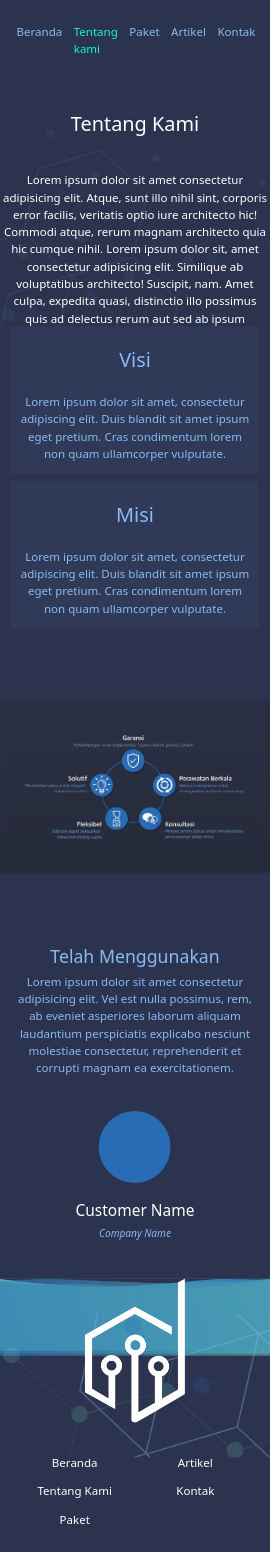
Repository: alfathard/dniztechno
Page: resources/views/about.blade.php
These files come from the project's save history. The page is drawn as it stood at one moment and after the next save; the edit follows.
The browser window is 375 px wide. The pictures show the whole page, at 72% of full size.
The page is served by the project's Laravel application, run on PHP 8.4 with Laravel 8. Other server files are loaded and not shown. The template is opened directly, without the code that normally fills it, so the values that code supplies are empty.

Above is the page before, as saved 2025-03-20 10:11:09.
Console error: ReferenceError: $ is not defined

### public/css/style.css
/* nav-link
font-family: Segoe UI;
font-style: normal;
font-weight: normal;
font-size: 25px;

color: rgba(136,187,242,1);
color: rgba(18,248,200,1); */
html, body {
    height: 100%;
    background-color:#2c334f;
  }
.navbar-nav{
    margin-right: 50px;
    margin-left:auto;
    margin-top: 25px;
}
.nav-link{
color: rgba(136,187,242,1);
}
.nav-link.active {
    color: rgba(18,248,200,1);
  }

.ss-heading{
    background-color:#2c334f;
    height: 100%;
    padding-top:70px;
    position: relative;
}
.ss-heading-warp{
    position: relative;
    height: 100%;
    overflow: hidden;
}
.ss-heading:before{
    height: 100%;
    content:" ";
    opacity: 0.5;
    position: absolute;
    width: 100%;
    margin-bottom: 0px;
    background-image: url('/assets/images/heading/Ornament_2x_yb@2x.png'),url('/assets/images/heading/Ornament_2x@2x.png');
    background-size: 700px auto;
    background-repeat: no-repeat,no-repeat;
    background-position: -135px 0px,765px 180px;
}
.ss-heading-data{
    margin-top: 60px;
    margin-left: 20px;
    margin-right: 20px;
}
.ss-heading-logo{
    background-image: url('/assets/images/logos/Logo_Main_2x@2x.png');
    background-repeat: no-repeat;
    height: 330px;
    width: 100%; /* auto */
    background-position: right;
    margin-right: 60px;
    background-size:auto 330px;
}
.ss-heading-title{
    color: rgba(136,187,242,1);
    margin-bottom:50px;
    margin-top: auto;
    text-align: left;
    margin-right: auto;

}

.ss-heading-title-focus{
    color: rgba(18,248,200,1);
}
.ss-about-us{
   background-color:  #303958 ;
   text-align: center;
   color: white;
   height: 100%;
}
.ss-about-us .title{
    padding-top:100px;
}
.ss-about-us .content{
    max-width: 800px;
    height: 100%;
    margin:37px auto 0px auto;
    padding: 0 15px;
}
.ss-about-us .content .btn-more {
    padding-top: 0px;
    margin-top:0px;
    border: 1px solid #88BBF299;
    border-radius: 5px;
    text-align: center;
    font: normal normal normal 20px/27px Segoe UI;
    letter-spacing: 0px;
    color: #88BBF2;
}
.benefits{
    background: #303958 0% 0% no-repeat padding-box;
    opacity: 1;
    height: 100%;
    position: relative;
}
.benefits-img{
    background-image: url('/assets/images/home/benefit.png');
    background-repeat: no-repeat;
    height: 100%;
    width: 100%;
    background-position: center left 53%;
    background-size:auto 500px;
}
.ss-paket{
    margin-top: 60px;
    text-align: center;
}
.ss-paket .ss-top{
    padding-top:70px;
    margin-left: auto;
    margin-right: auto;
    max-width: 600px;
    letter-spacing: 0px;
    color: #88BBF2;
}
.ss-paket .ss-body .row{
    margin-right: 3px;
    /* margin-left:35px; */
}

/* [1] The container */
.ss-paket-card-zoom {
    height: 500px;
    width: 240px; /* [1.1] Set it as per your need */
    overflow: hidden;
    padding-top: 30px;
    border-radius: 30px; /* [1.2] Hide the overflowing of child elements */
  }

  /* [2] Transition property for smooth transformation of images */
  .ss-paket-card-zoom div{
    transition: transform .5s ease;
  }

  /* [3] Finally, transforming the image when container gets hovered */
  .ss-paket-card-zoom:hover div{
    transform: scale(1.05);
  }

.ss-paket-card{
    height: 450px;
    width: 220px;
    background: transparent linear-gradient(180deg, #2F3959 0%, #201E1E 100%) 0% 0% no-repeat padding-box;
    box-shadow: 15px 20px 10px #100F0F29;
    border-radius: 30px;
}
.ss-paket-card .ss-image{
    margin: 0px auto 0px auto;
    background-position: center;
    /* background-image: url('/assets/images/paket/SlimProfile_2x@2x.png'); */
    height: 50%;
    width: auto;
    background-repeat: no-repeat;
    background-size: 150px;
    opacity: 1;
}
.ss-paket-card .card-body .card-title{
    color: white;
}
.ss-paket-card .card-body .card-text{
    color: #88BBF2;
}
.btn-more {
    padding-top: 0px;
    margin-top:0px;
    border: 1px solid #88BBF299;
    border-radius: 5px;
    text-align: center;
    font: normal normal normal 20px/27px Segoe UI;
    letter-spacing: 0px;
    color: #88BBF2;
}
.ss-featuring{
    margin-top: 60px;
    text-align: center;
    height: 100%;
}
.ss-featuring .ss-top{
    padding-top:100px;
    margin-left: auto;
    margin-right: auto;
    max-width: 600px;
    letter-spacing: 0px;
    color: #88BBF2;
}
.ss-featuring .ss-body{
    margin-right: 35px;
    margin-left:35px;
}
.ss-featuring .ss-carousel {
    padding-top:30px;
    padding-bottom:50px;
}

/* .ss-featuring .ss-featuring-card{
    height: 100%;
    width: 500px;
    background: #FFFFFF 0% 0% no-repeat padding-box;
    border: 1px solid #707070;
    box-shadow: 15px 20px 10px #100F0F29;
    border-radius: 10px;
    opacity: 1;
} */
.ss-featuring .ss-featuring-card{
    height: 100%;
    width: 500px;
    background: #2c334f 0% 0% no-repeat padding-box;
    /* border: 1px solid #707070; */
    /* box-shadow: 15px 20px 10px #100F0F29; */
    /* border-radius: 10px; */
    opacity: 1;
}
/* .image-cropper {
    width: 100px;
    height: 100px;
    position: relative;
    overflow: hidden;
    border-radius: 50%;
} */
.ss-featuring-card .ss-circle{
    height: 100px;
    width: 100px;
    bottom: 10px;
    justify-content: center;
    background: #FFFFFF 0% 0% no-repeat padding-box;
    border-radius: 50%;
    background-size: 100px;
    opacity: 1;
}
.ss-featuring-card .card-body{
    text-align: center;
    /* margin: -114px auto auto 120px; */
}
.ss-featuring-card .card-body .card-title{
    color: #FFFFFF;
}
.ss-featuring-card .card-body .card-subtitle{
    color: #12F8C8;
    font-style: italic;
}
.ss-featuring-card .card-body .card-text{
    color: #FFFFFF;
    height: 80px;
    padding-top: 10px;
}
/* .ss-carousel .carousel-item{
    left: 132px;
    right: 125px;
} */
.carousel-indicators{
    bottom: -50px;
}
.carousel-indicators .indbutton{
    background-color : #2D3451;
    border: 1px solid #12F8C8;
    border-radius: 9px;
    opacity: 1;
    padding: 5px 30px;
}
.carousel-indicators .active{
    background-color: #12F8C8;
}
#ss-footer{
    opacity: 1;
    width: 100%;
    height: 250px;
    position: relative;
    /* background: transparent linear-gradient(90deg, #64C4B0 0%, #286CB5 100%) 0% 0% no-repeat padding-box; */
}
.ss-footer-warp{
    position: relative;
    height: 250px;
}
.ss-footer:before{
    height: 200px;
    content:" ";
    opacity: 0.7;
    position: absolute;
    width: 100%;
    margin-bottom: 0px;
    margin-top: 48px;
    /* background-color: transparent linear-gradient(270deg, #64C4B0 0%, #286CB5 100%) 0% 0% no-repeat padding-box; */
    background-image: url('/assets/images/Ornament_2x_do.png'),url('/assets/images/Ornament_2x_do@2x.png');
    background-size: 1024px auto;
    background-repeat: no-repeat,no-repeat;
    background-position: left;
}
.ss-footer-data{
    margin-top: 30px;
    margin-left: 20px;
    margin-right: 20px;
}
.ss-footer .Bottom {
    position: absolute;
    width: 100%;
    height: 100%;
    left: 0px;
    z-index: -1;
    overflow: hidden;
}
.ss-footer .Bottom_BG {
    position: absolute;
    width: 100%;
    height: 100%;
    left: 0px;
    top: 0px;
    z-index: -1;
    overflow: hidden;
}
.ss-footer .Path_2_dl {
    background-image: url("data:[embedded picture, 927 characters]");
    opacity: 0.39;
    /* top: 15.91px; */
    z-index: -1;
    position: absolute;
    top: 0px;
    transform: matrix(1,0,0,1,0,0);
}
.ss-footer .Path_3_dn {
    background-image: url("data:[embedded picture, 1021 characters]");
    opacity: 0.39;
    z-index: -1;
    position: absolute;
    transform: matrix(1,0,0,1,0,0);
}
.ss-footer .Path_1_dj {
    background-image: url("data:[embedded picture, 907 characters]");
    /* top: 34.946px; */
    top: 0px;
    z-index: -1;
    position: absolute;
    transform: matrix(1,0,0,1,0,0);
}
.ss-footer .Path_2_dl {
    background-image: url("data:[embedded picture, 927 characters]");
    opacity: 0.39;
    /* top: 15.91px; */
    top: 0px;
    z-index: -1;
    position: absolute;
    transform: matrix(1,0,0,1,0,0);
}
.ss-footer .Path_3_dn {
    background-image: url("data:[embedded picture, 1021 characters]");
    opacity: 0.39;
    z-index: -1;
    position: absolute;
    transform: matrix(1,0,0,1,0,0);
}
#Ornament_2x_do {
    position: relative;
    width: 100%;
    height: 100%;
    left: 0px;
    /* top: 34.946px; */
    top: 0px;
    overflow: hidden;
}
.ss-footer-logo{
    background-image: url('/assets/images/footer/Logo_putih@2x.png');
    background-repeat: no-repeat;
    height: 200px;
    width: auto;
    background-position: right;
    margin-top: 30px;
    margin-right: 60px;
    background-size:auto 200px;
    position: relative;
    z-index: 1;
    display: block;
}
.ss-footer-title{
    color: rgba(136,187,242,1);
    margin-bottom:20px;
    margin-top: auto;
    text-align: left;
    margin-right: auto;
    position: relative;
    z-index: 1;
}
.ss-footer-title-focus{
    color: rgba(18,248,200,1);
    position: relative;
    z-index: 1;
}
.ss-footer-link{
    height: 50px;
    width: auto;
    background-position: left;
    margin-right: 60px;
    background-size:auto 50px;
    position: relative;
    z-index: 1;
}
.ss-footer-link-warp{
    margin-top: 70px;
    position: relative;
    z-index: 1;
}
.nav-footer-link{
    color: #FFFFFF;
    position: relative;
    z-index: 1;
    }
.ss-footer-img {
    width: 100%;
    height: 100%;
    object-fit: contain;
  }

/* CSS for About Us page */

.about-us{
    background-color:#2c334f;
    height: 100%;
    padding-top:70px;
    position: relative;
}
.about-us-warp{
    position: relative;
    height: 100%;
    overflow: hidden;
}
.about-us:before{
    height: 100%;
    content:" ";
    opacity: 0.5;
    position: absolute;
    width: 100%;
    margin-bottom: 0px;
    background-image: url('/assets/images/heading/Ornament_2x_yb@2x.png'),url('/assets/images/heading/Ornament_2x@2x.png');
    background-size: 700px auto;
    background-repeat: no-repeat,no-repeat;
    background-position: -135px 0px,765px 180px;
}
.about-us-data{
    margin-left: 20px;
    margin-right: 20px;
}
.about-us .title{
    color: #FFFFFF;
    margin-bottom:50px;
    margin-top: auto;
    text-align: center;
    font-weight: bold;
    margin-right: auto;
}
.about-us .content{
    color: #FFFFFF;
    font-size: 16px;
    position: relative;
    text-align: center;
    max-width: 800px;
    height: 200px;
    margin:auto auto 0px auto;
}
.visimisi{
    background:#2c334f;
    text-align: center;
    height: 100%;
    position: relative;
}
.visimisi-box{
    background: #303958;
    opacity: 1;
    text-align: center;
    color: #88BBF2;
    position: relative;
    /* height: 300px; */
    height: fit-content;
    width: 420px;
    margin:-135px auto 0px auto;
 }
 .visimisi-box .title{
    color: #88BBF2;
    margin-bottom:30px;
    margin-top: 30px;
    text-align: center;
    font-weight: bold;
    margin-right: auto;
}
.benefit{
    background: linear-gradient(180deg, rgba(41,46,66,1) 0%, rgba(39,44,60,1) 100%);
    opacity: 1;
    height: 100%;
    position: relative;
    margin: 100px auto auto auto;
}
.benefit-img{
    background-image: url('/assets/images/about/benefit.png');
    background-repeat: no-repeat;
    height: 100%;
    width: 100%;
    background-position: center;
    margin-top: 25px;
    background-size:auto 500px;
    margin: auto;
}

.testimoni-item .circle{
    height: 100px;
    width: 100px;
    margin: 25px auto auto auto;
    justify-content: center;
    /* background-position: center; */
    background: #286CB5 0% 0% no-repeat padding-box;
    border-radius: 50%;
    background-size: 100px;
    opacity: 1;

    /* height: 100px;
    width: 100px;
    bottom: 10px;
    justify-content: center;
    background: #FFFFFF 0% 0% no-repeat padding-box;
    border-radius: 50%;
    background-size: 100px;
    opacity: 1;  */
}
.testimoni-item .title{
    color: #FFFFFF;
    text-align: center;
    margin: 25px auto auto auto;
}
.testimoni-item .subtitle{
    color: #88BBF2;
    font-style: italic;
    font-size: 14px;
    text-align: center;
}

/* #Close {
    position: absolute;
    width: 70px;
    height: 70px;
    left: 1565px;
    top: 1999px;
    overflow: visible;
    --web-animation: fadein 0.3s ease-out;
    --web-action-type: page;
    --web-action-target: About_Us.html;
    cursor: pointer;
}
.Ellipse_55 {
    position: absolute;
    overflow: visible;
    width: 70px;
    height: 70px;
    left: 0px;
    top: 0px;
}
#X {
    position: absolute;
    left: 22px;
    top: 4px;
    overflow: visible;
    width: 27px;
    white-space: nowrap;
    text-align: center;
    font-family: Segoe UI;
    font-style: normal;
    font-weight: bold;
    font-size: 42px;
    color: rgba(48,57,88,1);
}
#Fade {
    opacity: 0.66;
}
.Fade {
    position: absolute;
    overflow: visible;
    width: 1920px;
    height: 2909px;
    left: 0px;
    top: 0px;
}
#Happy_Costumer_kr {
    position: absolute;
    width: 1210px;
    height: 529px;
    left: 355px;
    top: 2061px;
    overflow: visible;
}
.Rectangle_3 {
    position: absolute;
    overflow: visible;
    width: 1210px;
    height: 529px;
    left: 0px;
    top: 0px;
} */
.modal-body{
    text-align: left;
    margin: 0px auto auto 120px;

}
.modal-body .circle{
    height: 100px;
    width: 100px;
    /* margin-left: 3px;
    margin-top: 3px; */
    margin: 0px auto auto -100px;
    background-position: left;
    background: #286CB5 0% 0% no-repeat padding-box;
    border-radius: 50%;
    background-size: 100px;
    opacity: 1;
}
.modal-body .title{
    color: #286CB5;
    text-align: left;
    margin: -100px auto auto 20px;
}
.modal-body .subtitle{
    color: #777575;
    text-align: left;
    font-style: italic;
    margin: 0px auto auto 20px;
}
.modal-body .text{
    color: #286CB5;
    margin: 0px auto auto 20px;
}

/* CSS for Contact Us page */

.contactus{
    background: url("data:[embedded picture, 343 characters]");
    height: 100%;
    padding-top:70px;
    position: relative;
}
.contactus-warp{
    position: relative;
    height: 100%;
}
.contactus:before{
    height: 100%;
    content:" ";
    opacity: 0.7;
    position: absolute;
    width: 100%;
    margin-bottom: 0px;
    background-image: url('/assets/images/heading/Ornament_2x_yb@2x.png'),url('/assets/images/heading/Ornament_2x@2x.png');
    background-size: 700px auto;
    background-repeat: no-repeat,no-repeat;
    background-position: -60px -60px,765px 150px;
    /* background-position: center top; */
}
.contactus-title{
    padding-top:70px;
    text-align: left;
    font: normal normal bold 50px/80px Segoe UI;
    letter-spacing: 0px;
    color: #FFFFFF;
    opacity: 1;
}
.contactus-content{
    text-align: left;
    font: normal normal normal 30px/42px Segoe UI;
    color: #88BBF2;
    opacity: 1;
}
.contactus-detail{
    text-align: left;
    font: normal normal 300 20px/40px Segoe UI;
    letter-spacing: 0px;
    color: #FFFFFF;
    opacity: 1;
}
.contactus-img {
    width: 100%;
    height: 100%;
    object-fit: contain;
  }
.contactus-box{
    background: #303958 0% 100% no-repeat padding-box;
    opacity: 1;
    height: 90%;
    margin: 70px auto auto 20px;
    position: relative;
}
.contactus-box-title{
    text-align: center;
    font: normal normal bold 35px/67px Segoe UI;
    letter-spacing: 0px;
    color: #88BBF2;
    opacity: 1;
    margin-top: 15px;
}
.contactus-box-subtitle{
    text-align: center;
    font: normal normal normal 15px/20px Segoe UI;
    letter-spacing: 0px;
    color: #88BBF2;
    opacity: 1;
    margin-top: 10px;
    margin-bottom: 15px;
}
.contactus-input-box{
    background: #303958;
    border: 3px solid #88BBF2;
    border-radius: 7px;
    opacity: 1;
    width: 85%;
    /* position: absolute; */
    /* margin: 25px auto auto 30px; */
    margin: 5px auto;
    display: block;
}
.contactus-button{
    background: #88BBF2 0% 0% no-repeat padding-box;
    border-radius: 6px;
    opacity: 1;
    width: 92%;
    text-align: center;
    font: normal normal 300 15px/27px Segoe UI;
    letter-spacing: 0px;
    color: #303958;
    margin: 5px auto;
    display: block;
}

/* CSS for Article List page */
.article{
    height: 100%;
    padding-top:70px;
    position: relative;
}
.article-warp{
    position: relative;
    height: 100%;
}
.article-data{
    margin-left: 20px;
    margin-right: 20px;
}
.article-list{
    /* height: 100%; */
    position: relative;
    margin: -400px auto 0px auto;
}

.article-data .title{
    color: #FFFFFF;
    margin-top: auto;
    text-align: center;
    font-weight: bold;
    margin-bottom: 10px;
}

.article-title{
    color: #FFFFFF;
    margin-top: auto;
    text-align: left;
    font-weight: bold;
    margin-right: auto;
}

.article-date{
    color: #FFFFFF;
    font: normal normal 300 12px/20px Segoe UI;
    margin-top: auto;
    text-align: left;
    margin-right: auto;
}

.tm-info-box {
    max-width: 340px;
    background: #303958 0% 100% no-repeat padding-box;
    opacity: 1;
    height: 100%;
    /* margin: 70px auto auto 20px; */
    margin:35px auto 0px auto;
    position: relative;
}

.img-center {
    display: block;
    margin-left: -12px;
    margin-right: auto;
    margin-bottom: 10px;
    height: 250px;
    width: 340px;
  }

.tm-space-even {
    justify-content: space-between;
    margin:-450px auto 0px auto;
    height: 100%;
    max-width: 100%;
    /* position: absolute; */
}

.article-p .p {
    color: #88BBF2;
    overflow: hidden;
    font: normal normal 300 16px/24px Segoe UI;
    height: 50px;
    line-height: 16px;
    overflow: hidden;
    position: relative;
    word-wrap: break-word;
  }

.article-p .p:after {
    content: "";
    position :absolute;
    right: 0;
    bottom: 2px;
}

.tm-info-box-a{
    color: #88BBF2;
    text-align: right;
    display: block;
}

.pagination,
.jsgrid .jsgrid-pager {
    display: flex;
    padding-left: 0;
    list-style: none;
    border-radius: 0.25rem
}

.page-link {
    color: #88BBF2
}

.pagination.pagination-rounded-flat .page-item {
    margin: 0 .25rem
}

.pagination-success .page-item.active .page-link,
a {
    background: #88BBF2;
    border-color: #88BBF2;
    border-width: 2px;
}

.pagination.pagination-rounded-flat .page-item .page-link,
a {
    border-color: #88BBF2;
    border-radius: 50px;
    border-width: 2px;
    background: transparent;
}




/* CSS for Article Detail page */
.tm-info-box-b{
    color: #88BBF2;
    font-size: 20px;
    text-align: left;
    display: block;
    margin-bottom: 10px;
}

.textarea .p {
    color: #FFFFFF;
    overflow: hidden;
    font: normal normal 300 20px/24px Segoe UI;
    /* height: 50px; */
    /* line-height: 16px;  */
    overflow: hidden;
    position: relative;
    padding-bottom: 30px;
}

.img-detail {
    display: block;
    margin: auto;
    position: relative;
    padding-bottom: 30px;
    height: 100%;
    width: 800px;
    object-fit: cover;
    object-position: center;
}

.back-to-top-link {
    text-decoration: underline;
    font-size: 20px;
    font-family: 'Segoe UI';
    text-align: center;
    color: #88BBF2;
    position: sticky;
}

.back-to-top-wrapper {
    position: relative;
    padding-bottom: 30px;
    text-align: center;
}

/* CSS for Product page */
.our-product{
    background-color:#2c334f;
    height: 100%;
    padding-top:70px;
    position: relative;
}
.our-product-warp{
    position: relative;
    height: 100%;
    overflow: hidden;
}
.our-product:before{
    height: 100%;
    content:" ";
    opacity: 0.5;
    position: absolute;
    width: 100%;
    margin-bottom: 0px;
    background-image: url('/assets/images/heading/Ornament_2x_yb@2x.png'),url('/assets/images/heading/Ornament_2x@2x.png');
    background-size: 700px auto;
    background-repeat: no-repeat,no-repeat;
    background-position: -135px 0px,765px 180px;
}
.our-product-data{
    margin-left: 20px;
    margin-right: 20px;
}
.our-product .title{
    color: #FFFFFF;
    margin-bottom:50px;
    margin-top: auto;
    text-align: center;
    font-weight: bold;
    margin-right: auto;
}
.our-product .content{
    color: #FFFFFF;
    font-size: 16px;
    position: relative;
    text-align: center;
    width: 800px;
    height: 200px;
    margin:auto auto 0px auto;
}

.ss-product-card-zoom {
    height: auto;
    width: 240px;
    padding-top: 30px;
}
/* [1] The container for product zoom & hover*/
/* .ss-product-card-zoom {
    height: auto;
    width: 240px;
    padding-top: 30px;
} */

  /* [2] Transition property for smooth transformation of images */
/* .ss-product-card-zoom div{
    transition: transform .5s ease;
    opacity: 0.5;
    transform: scale(0.85);
  }  */

  /* [3] Finally, transforming the image when container gets hovered */
/* .ss-product-card-zoom:hover div{
    transform: scale(1.1);
    opacity: 1;
} */

.ss-product-card-default{
    height: 450px;
    width: 240px;
    background: transparent;
    position: relative;
}

.ss-product-card{
    height: 400px;
    width: 240px;
    /* background: transparent; */
    position: relative;
    /* box-shadow: 15px 20px 10px #100F0F29; */
    /* border-radius: 30px; */
}

.ss-product-card-na{
    height: 380px;
    width: 220px;
    /* background: transparent; */
    position: relative;
    transition: transform .5s ease;
    opacity: 0.5;
    transform: scale(0.85);
    /* box-shadow: 15px 20px 10px #100F0F29; */
    /* border-radius: 30px; */
}

.ss-product-card .ss-image{
    margin: 0px auto 0px auto;
    background-position: center;
    /* background-image: url('/assets/images/paket/SlimProfile_2x@2x.png'); */
    height: 50%;
    width: auto;
    background-repeat: no-repeat;
    background-size: 150px;
    opacity: 1;
}

.ss-product-card-na .ss-image{
    margin: 0px auto 0px auto;
    background-position: center;
    /* background-image: url('/assets/images/paket/SlimProfile_2x@2x.png'); */
    height: 50%;
    width: auto;
    background-repeat: no-repeat;
    background-size: 150px;
    transition: transform .5s ease;
    opacity: 0.5;
    transform: scale(0.85);
}
.ss-product-card .card-body .card-title{
    font-size: 36px;
    text-align: center;
    color: white;
}
.ss-product-card .card-body .card-text{
    color: #88BBF2;
    text-align: center;
}
.ss-product-card-na .card-body .card-title{
    font-size: 36px;
    text-align: center;
    color: white;
}
.ss-product-card-na .card-body .card-text{
    color: #88BBF2;
    text-align: center;
}
/* .used {
    visibility: hidden;
    opacity: 0;
    transition: visibility 0s, opacity 1s linear;
}
.ss-product-card-zoom:hover + .used {
    color:white;
    text-align: center;
    visibility: visible;
    opacity: 1;
} */
.used {
    color:white;
    text-align: center;
    visibility: visible;
    opacity: 1;
}
.used .title{
    color: #88BBF2;
    text-align: center;
    font-weight: bold;
    font-size: 20px;
}
.used-item{
    position: relative;
    padding-bottom: 30px;
}
.used-item .circle{
    height: 75px;
    width: 75px;
    margin: 25px auto auto auto;
    justify-content: center;
    /* background-position: center; */
    /* background: #286CB5 0% 0% no-repeat padding-box; */
    background: transparent;
    border-radius: 50%;
    background-size: 75px;
    opacity: 1;
}
.used-item .text{
    color: #88BBF2;
    text-align: center;
    font-style: italic;
    margin-top: 10px;
}

.feature{
    background-color:#303958;
    height: 100%;
    padding-top:30px;
    padding-bottom:30px;
    position: relative;
}
.feature .title{
    color: #88BBF2;
    text-align: center;
    font-weight: bold;
    font-size: 36px;
}
.feature-item{
    position: relative;
    padding-left: 100px;
}
.feature-item .text{
    color: #12F8C8;
    text-align: left center;
    font-size: 24px;
    margin-left: 10px;
}
.feature-item .check{
    color: #12F8C8;
    text-align: left center;
    font-size: 24px;
}
.contactuspaket .content{
    max-width: 700px;
    height: 100%;
    position: relative;
    margin:70px auto auto auto;
    text-align: center;
}

.contactuspaket .content .title{
    color: #88BBF2;
    text-align: center;
    font-size: 24px;
    font-style: italic;
}
.contactuspaket .content .btn-more{
    width: 200px;
    height: auto;
    background-color: #88BBF2;
    border-radius: 5px;
    text-align: center center;
    font: normal normal normal 24px/36px Segoe UI;
    color: #303958;
    font-style: italic;
}


@media screen and (max-width: 480px) {
.row{

}

.ss-heading-logo{
    background-position : center
}

.ss-heading-title{
    text-align: center;
    margin-top: 10px;
}

.navbar{
    padding : 1.5rem 15px;
}

.navbar .navbar-nav{
    margin: auto
}

.benefits{
    padding: 0 15px;
    height: 30%;
}

.benefits-img{
    background-size: 100%;
    margin: auto;
}

.ss-top{
    padding: 70px 15px 0;
}

.ss-footer-logo{
    margin: auto;
    background-position: center;
}

.ss-footer-title .container{
    padding-top: 15px;
}

.ss-footer-title .container table{
    margin: auto;
}

.ss-footer-link-warp .col{
    text-align: center;
}

.ss-footer-link-warp {
    margin-bottom: 25px;
    margin-top: 0;
}

/* About */
.benefit{
    padding: 0 15px;
    height: 30%;
}

.about-us-data{
    margin: 0;
    padding: 15px;
}

.benefit-img{
    background-size: 100%;
    margin: auto;
}

.visimisi-box{
    margin: 0;
    width: 100%;
}

.ss-heading-warp{
    height: auto;
}

.ss-featuring{
    margin-top: 0;
}
}

Loaded but not shown: app/Http/Controllers/Auth/ConfirmPasswordController.php (common file); app/Http/Controllers/Controller.php (common file); public/assets/plugins/bootstrap/css/bootstrap.css (library); public/assets/plugins/fontawesome-free/css/all.min.css (library); resources/views/about.blade.php (288 lines, source omitted); routes/web.php (99 lines, source omitted)

After the next save:
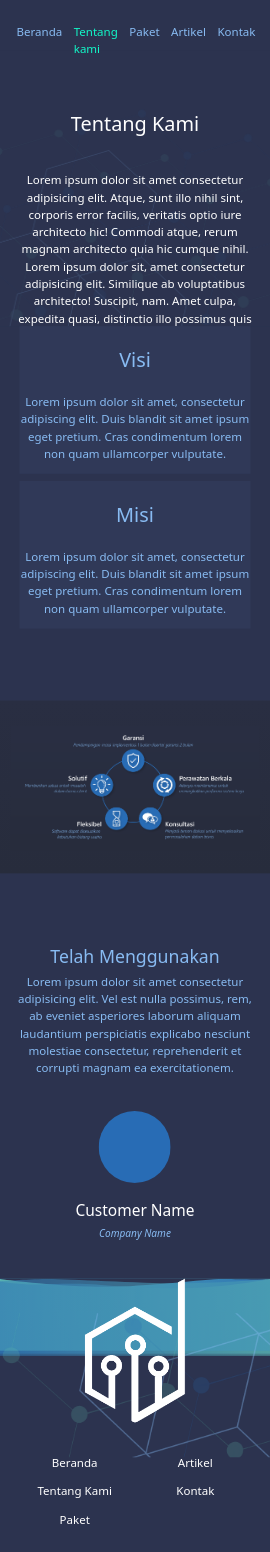
Saved 8 s later.
--- a/public/css/style.css
+++ b/public/css/style.css
@@ -1148,7 +1148,7 @@ a {
 
 @media screen and (max-width: 480px) {
 .row{
-
+    --bs-gutter-x : 0;
 }
 
 .ss-heading-logo{
